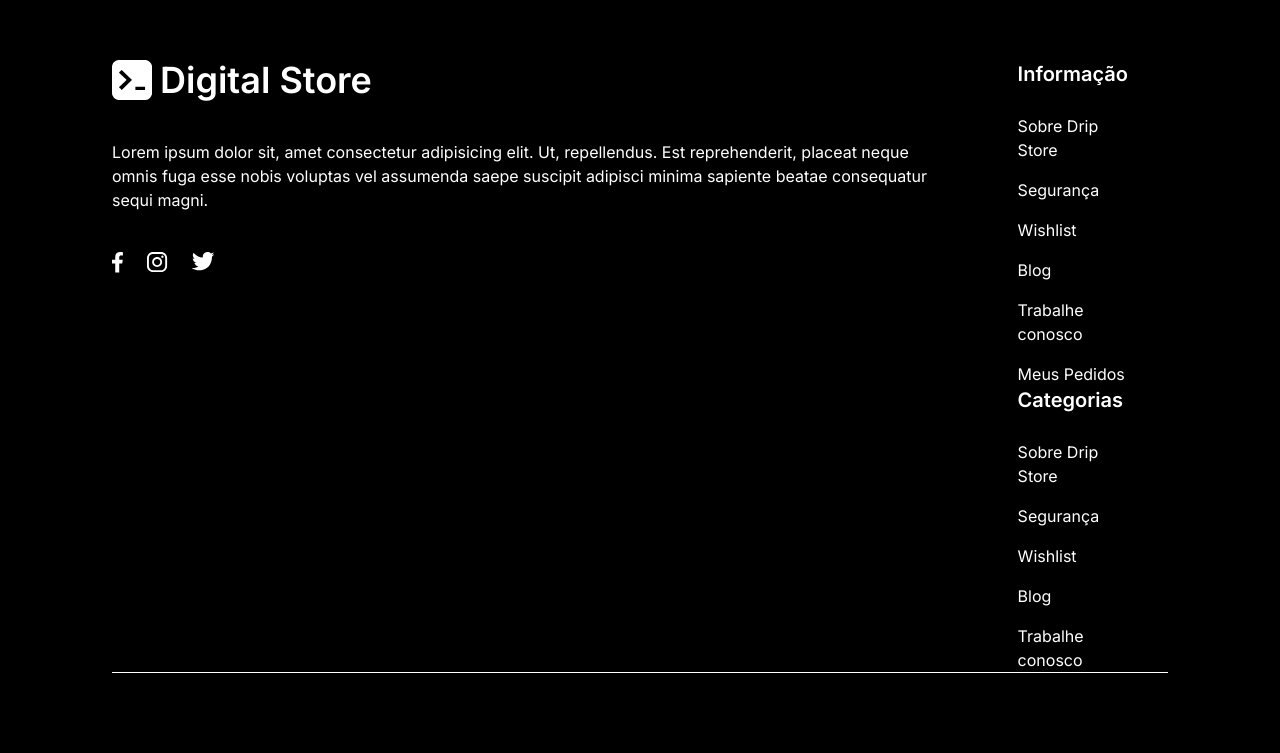
Repository: geracao-09/digital-store
Page: index.html
These files come from the project's save history. The page is drawn as it stood at one moment and after the next save; the edit follows.
The browser window is 1280 px wide. The pictures show the part of the page from y = 3410 to 4163 px (the page is 4163 px tall before and 4139 px after).
A picture or video elsewhere on the page could not be fetched, so the positions and the page height are approximate.

Above is the page before, as saved 2025-04-25 08:55:35.

### index.html
<!DOCTYPE html>
<html lang="pt-br">
<head>
    <meta charset="UTF-8">
    <meta name="viewport" content="width=device-width, initial-scale=1.0">
    <title>Digital Store</title>
    <link href="./style.css" rel="stylesheet">
    <script src="https://cdn.jsdelivr.net/npm/@tailwindcss/browser@4"></script>
    <link rel="shortcut icon" href="/assets/digital-logo.svg" type="image/x-icon">
</head>
<body>
<header class="flex flex-col gap-12 px-[108px] py-[38px]">
    <div class="flex items-center justify-between">
        <div class="flex gap-1">
            <img src="/assets/digital-logo.svg" alt="Logo da Digital Store">
            <h1 class="text-4xl text-(--primary-color) font-semibold">Digital Store</h1>
        </div>
        <input type="text" placeholder="Pesquisar produto..." class="bg-(--light-gray-3) py-2 px-3 rounded-lg ml-40 mr-14 bg-[url(/assets/icons/search.svg)] bg-no-repeat bg-right focus:placeholder-transparent w-[560px]" />
        <div>
            <a href="#" class="bg-(--primary-color) text-white rounded-lg px-7 py-3 font-bold text-sm">
                Entrar
            </a>
        </div>
        <div class="relative">
            <img src="/assets/icons/cart.svg" alt="Imagem de um carrinho de compras">
            <div class="flex justify-center items-center absolute bg-(--tertiary-color) text-white font-bold text-xs rounded-full w-[18px] h-[18px] bottom-[15px] left-3">
                2
            </div>
        </div>
    </div>
    </div>
    <nav class="pl-32">
        <ul class="flex gap-6 text-(--dark-gray-2)">
            <li class="hover:text-(--primary-color) hover:font-bold">
                <a href="#">
                Home
            </a>
        </li>
            <li class="hover:text-(--primary-color) hover:font-bold">
                <a href="#">
                Produtos
            </a>
        </li>
            <li class="hover:text-(--primary-color) hover:font-bold">
                <a href="#">
                Categorias
            </a>
        </li>
            <li class="hover:text-(--primary-color) hover:font-bold">
                <a href="#">
                Meus Pedidos
            </a>
        </li>
        </ul>
    </nav>
</header>
<main>
    <section class="flex px-[108px] bg-(--light-gray-3) py-[78px] h-[680px] relative">
        <div class="flex flex-col gap-5 w-[466px]">
            <p class="text-(--warning-color) font-bold">
                Melhores ofertas personalizadas
            </p>
            <h2 class="font-extrabold text-6xl">
                Queima de estoque Nike 🔥
            </h2>
            <p class="text-(--dark-gray-2) text-lg">
                Consequat culpa exercitation mollit nisi excepteur do do tempor laboris eiusmod irure consectetur.
            </p>
            <a href="#" class="flex items-center justify-center bg-(--primary-color) text-(--light-gray-3) font-bold w-[220px] h-[48px] rounded-lg">
                Ver Ofertas
            </a>
        </div>
        <img src="/assets/pictures/white-sneakers.svg" alt="Foto de um tenis branco" class="absolute right-28 bottom-8"/>
        <img src="/assets/ornaments/ornament.svg" alt="Firula do site - by wendell" class="absolute top-12 right-8">
    </section>
    <section class="flex flex-col gap-15 px-[108px] py-[42px]">
        <div class="flex flex-col gap-10">
            <h4 class="text-(--dark-gray-2) font-bold text-2xl">
                Coleções em destaque
            </h4>
            <ul class="grid grid-cols-3 gap-3.5 h-68">
                <li  class="flex bg-[#D8E3F2] pl-8 pt-8 rounded-md relative bg-[url(/assets/pictures/star-wars-shirt-pic.svg)] bg-no-repeat bg-bottom-right">
                    <div class="w-1/2 z-10">
                    <p class="bg-[#E7FF86] rounded-4xl font-bold text-(--dark-gray-2) w-[96px] text-center py-1.5 text-sm">
                        30% OFF
                    </p>
                    <h5 class="font-bold text-(--dark-gray) text-4xl mt-2.5 mb-8">
                        Novo drop Supreme
                    </h5>
                    <a href="#" class="text-(--primary-color) bg-white rounded-xl font-bold px-12 py-4.5">
                        Comprar
                    </a>
                </div>
                </li>
                <li  class="flex bg-[#D8E3F2] pl-8 pt-8 rounded-md relative bg-[url(/assets/pictures/sneaks-pic.svg)] bg-no-repeat bg-bottom-right">
                    <div class="w-1/2 z-10">
                    <p class="bg-[#E7FF86] rounded-4xl font-bold text-(--dark-gray-2) w-[96px] text-center py-1.5 text-sm">
                        30% OFF
                    </p>
                    <h5 class="font-bold text-(--dark-gray) text-4xl mt-2.5 mb-8">
                        Coleção Adidas
                    </h5>
                    <a href="#" class="text-(--primary-color) bg-white rounded-xl font-bold px-12 py-4.5">
                        Comprar
                    </a>
                </div>
                </li>
                <li  class="flex bg-[#D8E3F2] pl-8 pt-8 rounded-md relative bg-[url(/assets/pictures/headphone-pic.svg)] bg-no-repeat bg-bottom-right">
                    <div class="w-1/2 z-10">
                    <p class="bg-[#E7FF86] rounded-4xl font-bold text-(--dark-gray-2) w-[96px] text-center py-1.5 text-sm">
                        30% OFF
                    </p>
                    <h5 class="font-bold text-(--dark-gray) text-4xl mt-2.5 mb-8">
                        Novo<br> Beats Bass
                    </h5>
                    <a href="#" class="text-(--primary-color) bg-white rounded-xl font-bold px-12 py-4.5">
                        Comprar
                    </a>
                </div>
                </li>
            </ul>
        </div>
        <div class="bg-[url(/assets/icons/house-border.svg)] bg-no-repeat bg-center object-contain flex flex-col items-center gap-5 pt-5.5 h-[318px]">
            <h1 class="font-bold text-2xl text-(--dark-gray-2)">
                Coleções em destaque
            </h1>
            <ul class="flex gap-8">
                <li><a href="#">
                    <div class="bg-[url(/assets/icons/t-shirt.svg)] w-[104px] h-[104px] bg-white bg-no-repeat bg-center rounded-full"></div>
                    <p class="font-bold text-sm text-(--dark-gray-2) text-center">Camisetas</p>
                </a></li>
                <li><a href="#">
                    <div class="bg-[url(/assets/icons/pants.svg)] w-[104px] h-[104px] bg-white bg-no-repeat bg-center rounded-full"></div>
                    <p class="font-bold text-sm text-(--dark-gray-2) text-center">Calças</p>
                </a></li>
                <li><a href="#">
                    <div class="bg-[url(/assets/icons/cap.svg)] w-[104px] h-[104px] bg-white bg-no-repeat bg-center rounded-full"></div>
                    <p class="font-bold text-sm text-(--dark-gray-2) text-center">Bonés</p>
                </a></li>
                <li><a href="#">
                    <div class="bg-[url(/assets/icons/headphones.svg)] w-[104px] h-[104px] bg-white bg-no-repeat bg-center rounded-full"></div>
                    <p class="font-bold text-sm text-(--dark-gray-2) text-center">Headphones</p>
                </a></li>
                <li><a href="#">
                    <div class="bg-[url(/assets/icons/sneakers.svg)] w-[104px] h-[104px] bg-white bg-no-repeat bg-center rounded-full"></div>
                    <p class="font-bold text-sm text-(--dark-gray-2) text-center">Tênis</p>
                </a></li>
            </ul>
        </div>
    </section>
    <section class="px-[108px]">
        <div class="flex justify-between mb-5">
            <h4 class="text-(--dark-gray-2) font-bold text-2xl">
                Produtos em  alta
            </h4>
            <div class="flex gap-2 items-center">
                <a href="#" class="text-(--primary-color) text-[18px]">
                    Ver todos
                </a>
                <img src="/assets/ornaments/arrow-right.svg" alt="Flecha apontando pra direita" class="w-[24px]">
            </div>
        </div>
        <ul class="grid grid-cols-4">
            <li class="mb-5">
            <div class="bg-[url(/assets/pictures/sneaks-pic2.svg)] w-[292px] h-[320px] bg-white bg-no-repeat bg-center relative">
                <div class="flex justify-center items-center bg-[#E7FF86] font-bold text-sm h-[32px] w-[96px] rounded-4xl absolute left-5 top-5">50% off</div>
            </div>
                <div>
                    <p class="text-xs text-(--light-gray) font-bold">
                        Tênis
                    </p>
                    <h5 class="text-2xl text-(--dark-gray-2)">
                        K-Swiss V8 - Masculino
                    </h5>
                    <div class="flex gap-2">
                    <h5 class="text-(--light-gray) line-through text-2xl">
                        $200
                    </h5>
                    <h5 class="font-bold text-2xl">
                        $100
                    </h5>
                </div>
            </div>
            </li>
            <li class="mb-5">
            <div class="bg-[url(/assets/pictures/sneaks-pic2.svg)] w-[292px] h-[320px] bg-white bg-no-repeat bg-center relative">
                <div class="flex justify-center items-center bg-[#E7FF86] font-bold text-sm h-[32px] w-[96px] rounded-4xl absolute left-5 top-5">50% off</div>
            </div>
                <div>
                    <p class="text-xs text-(--light-gray) font-bold">
                        Tênis
                    </p>
                    <h5 class="text-2xl text-(--dark-gray-2)">
                        K-Swiss V8 - Masculino
                    </h5>
                    <div class="flex gap-2">
                    <h5 class="text-(--light-gray) line-through text-2xl">
                        $200
                    </h5>
                    <h5 class="font-bold text-2xl">
                        $100
                    </h5>
                </div>
            </div>
            </li>
            <li class="mb-5">
            <div class="bg-[url(/assets/pictures/sneaks-pic2.svg)] w-[292px] h-[320px] bg-white bg-no-repeat bg-center relative">
            </div>
                <div>
                    <p class="text-xs text-(--light-gray) font-bold">
                        Tênis
                    </p>
                    <h5 class="text-2xl text-(--dark-gray-2)">
                        K-Swiss V8 - Masculino
                    </h5>
                    <h5 class="font-bold text-2xl">
                        $100
                    </h5>
            </div>
            </li>
            <li class="mb-5">
            <div class="bg-[url(/assets/pictures/sneaks-pic2.svg)] w-[292px] h-[320px] bg-white bg-no-repeat bg-center relative">
            </div>
                <div>
                    <p class="text-xs text-(--light-gray) font-bold">
                        Tênis
                    </p>
                    <h5 class="text-2xl text-(--dark-gray-2)">
                        K-Swiss V8 - Masculino
                    </h5>
                    <h5 class="font-bold text-2xl">
                        $100
                    </h5>
            </div>
            </li>
            <li class="mb-5">
            <div class="bg-[url(/assets/pictures/sneaks-pic2.svg)] w-[292px] h-[320px] bg-white bg-no-repeat bg-center relative">
            </div>
                <div>
                    <p class="text-xs text-(--light-gray) font-bold">
                        Tênis
                    </p>
                    <h5 class="text-2xl text-(--dark-gray-2)">
                        K-Swiss V8 - Masculino
                    </h5>
                    <h5 class="font-bold text-2xl">
                        $100
                    </h5>
            </div>
            </li>
            <li class="mb-5">
            <div class="bg-[url(/assets/pictures/sneaks-pic2.svg)] w-[292px] h-[320px] bg-white bg-no-repeat bg-center relative">
            </div>
                <div>
                    <p class="text-xs text-(--light-gray) font-bold">
                        Tênis
                    </p>
                    <h5 class="text-2xl text-(--dark-gray-2)">
                        K-Swiss V8 - Masculino
                    </h5>
                    <h5 class="font-bold text-2xl">
                        $100
                    </h5>
            </div>
            </li>
            <li class="mb-5">
            <div class="bg-[url(/assets/pictures/sneaks-pic2.svg)] w-[292px] h-[320px] bg-white bg-no-repeat bg-center relative">
            </div>
                <div>
                    <p class="text-xs text-(--light-gray) font-bold">
                        Tênis
                    </p>
                    <h5 class="text-2xl text-(--dark-gray-2)">
                        K-Swiss V8 - Masculino
                    </h5>
                    <h5 class="font-bold text-2xl">
                        $100
                    </h5>
            </div>
            </li>
            <li class="mb-5">
            <div class="bg-[url(/assets/pictures/sneaks-pic2.svg)] w-[292px] h-[320px] bg-white bg-no-repeat bg-center relative">
            </div>
                <div>
                    <p class="text-xs text-(--light-gray) font-bold">
                        Tênis
                    </p>
                    <h5 class="text-2xl text-(--dark-gray-2)">
                        K-Swiss V8 - Masculino
                    </h5>
                    <h5 class="font-bold text-2xl">
                        $100
                    </h5>
            </div>
            </li>

        </ul>
    </section>
    <section class="flex justify-center items-center bg-white py-20 px-18 gap-28">
        <div>
            <div class="w-[456px] h-[456px] bg-linear-(--secondary-gradient) rounded-full  relative">
                <img src="/assets/pictures/ei-jordao.svg" alt="" class="w-[574px] absolute top-[12%] right-[12%] scale-135">
            </div>
        </div>
        <div class="flex flex-col gap-4 w-[40%]">
            <p class="text-sm text-(--primary-color) font-bold">
                Oferta especial
            </p>
            <h2 class="font-bold text-(--dark-gray-2) text-5xl">
                Air Jordan edição de colecionador
            </h2>
            <p class="text-(--dark-gray-2)">
                Lorem ipsum dolor sit amet, consectetur adipiscing elit, sed do eiusmod tempor incididunt ut labore et dolore magna aliqua. Ut enim ad minim veniam, quis nostrud exercitation ullamco laboris nisi ut aliquip
            </p>
            <a href="#" class="flex items-center justify-center bg-(--primary-color) text-(--light-gray-3) font-bold w-[220px] h-[48px] rounded-lg mt-6">
                Ver Ofertas
            </a>
        </div>
    </section>
</main>
<footer class="bg-black text-white py-20 px-28">
    <div class="flex gap-10">
        <div  class="flex flex-col gap-10 mr-6">
            <div class="flex gap-2">
                <img src="/assets/white-logo.svg" alt="Logo da Digital em branco">
                <h4 class="font-semibold text-4xl">Digital Store</h4>
            </div>
        <div>
            <p>Lorem ipsum dolor sit, amet consectetur adipisicing elit. Ut, repellendus. Est reprehenderit, placeat neque omnis fuga esse nobis voluptas vel assumenda saepe suscipit adipisci minima sapiente beatae consequatur sequi magni.</p>
        </div>
        <div>
            <ul class="flex gap-6">
                <li><img src="/assets/icons/facebook.svg" alt="logo da facebook"></li>
                <li><img src="/assets/icons/instagram.svg" alt="logo do instagram"></li>
                <li><img src="/assets/icons/twitter.svg" alt="logo da twitter, vulgo, X"></li>
            </ul>
        </div>
    </div>
        <div>
            <ul class="flex flex-col gap-4 list-none">
                <li class="font-semibold text-xl mb-2.5">Informação</li>
                <li><a href="#">
                    Sobre Drip Store
                </a></li>
                <li><a href="#">
                    Segurança
                </a></li>
                <li><a href="#">
                    Wishlist
                </a></li>
                <li><a href="#">
                    Blog
                </a></li>
                <li><a href="#">
                    Trabalhe conosco
                </a></li>
                <li><a href="#">
                    Meus Pedidos
                </a></li>
            </ul>
            <ul class="flex flex-col gap-4 list-none">
                <li class="font-semibold text-xl mb-2.5">Categorias</li>
                <li><a href="#">
                    Sobre Drip Store
                </a></li>
                <li><a href="#">
                    Segurança
                </a></li>
                <li><a href="#">
                    Wishlist
                </a></li>
                <li><a href="#">
                    Blog
                </a></li>
                <li><a href="#">
                    Trabalhe conosco
                </a></li>
            </ul>
        </div>
        <div>
            <h6></h6>
            <p></p>
            <p></p>
        </div>
    </div>
    <hr>
    <div>

    </div>
</footer>
</body>
</html>

### style.css
@import url('https://fonts.googleapis.com/css2?family=Inter:ital,opsz,wght@0,14..32,100..900;1,14..32,100..900&display=swap');

:root {
    --dark-gray: #1F1F1F;
    --dark-gray-2: #474747;
    --dark-gray-3: #666666;
    --light-gray: #8F8F8F;
    --light-gray-2: #CCCCCC;
    --light-gray-3: #F5F5F5;
    --white: #FFFFFF;
    --primary-color: #C92071;
    --secondary-color: #B5B6F2;
    --tertiary-color: #991956;
    --error-color: #EE4266;
    --success-color: #52CA76;
    --warning-color: #F6AA1C;
    --primary-gradient: 180deg,#C92071, #EDABCA;
    --secondary-gradient: 180deg, #B5B6F2, #EFEFFF;
}

* {
    font-family: "Inter", sans-serif;
    box-sizing: border-box;
}

main {
    background-color: #F9F8FE;
}

### assets/icons/instagram.svg
<svg width="21" height="21" viewBox="0 0 21 21" fill="none" xmlns="http://www.w3.org/2000/svg">
<path d="M15.3772 3.59082C15.0646 3.59082 14.7647 3.71504 14.5436 3.93614C14.3225 4.15725 14.1982 4.45713 14.1982 4.76982C14.1981 4.92473 14.2285 5.07815 14.2877 5.22131C14.3469 5.36447 14.4337 5.49456 14.5432 5.60415C14.6527 5.71373 14.7827 5.80066 14.9258 5.85998C15.0689 5.91929 15.2223 5.94982 15.3772 5.94982C15.6899 5.94982 15.9898 5.82561 16.2109 5.6045C16.432 5.38339 16.5562 5.08351 16.5562 4.77082C16.5564 4.61591 16.526 4.46249 16.4668 4.31933C16.4076 4.17617 16.3208 4.04608 16.2113 3.93649C16.1018 3.82691 15.9718 3.73997 15.8287 3.68066C15.6856 3.62135 15.5322 3.59082 15.3772 3.59082Z" fill="white"/>
<path d="M10.1361 5.10303C8.82331 5.10435 7.56467 5.62637 6.63631 6.55454C5.70794 7.48272 5.18567 8.74126 5.18408 10.054C5.18567 11.3669 5.70791 12.6255 6.63625 13.5539C7.56458 14.4822 8.82322 15.0044 10.1361 15.006C11.449 15.0044 12.7076 14.4822 13.6359 13.5539C14.5643 12.6255 15.0865 11.3669 15.0881 10.054C15.0865 8.74126 14.5642 7.48272 13.6359 6.55454C12.7075 5.62637 11.4489 5.10435 10.1361 5.10303ZM10.1361 13.226C9.29489 13.2252 8.48838 12.8906 7.89366 12.2957C7.29894 11.7008 6.96461 10.8942 6.96408 10.053C6.96488 9.21201 7.29933 8.40566 7.89402 7.81096C8.48871 7.21627 9.29506 6.88182 10.1361 6.88103C10.9771 6.88182 11.7835 7.21627 12.3782 7.81096C12.9728 8.40566 13.3073 9.21201 13.3081 10.053C13.3076 10.8942 12.9732 11.7008 12.3785 12.2957C11.7838 12.8906 10.9773 13.2252 10.1361 13.226Z" fill="white"/>
<path d="M14.0681 20.108H6.03607C4.43499 20.1061 2.90003 19.4693 1.7679 18.3371C0.635768 17.205 -0.00107705 15.67 -0.00292969 14.069V6.04098C-0.00134169 4.43973 0.635388 2.90451 1.76755 1.77216C2.89971 0.639813 4.43482 0.00282968 6.03607 0.000976562H14.0641C15.6651 0.0028292 17.2001 0.639674 18.3322 1.7718C19.4644 2.90394 20.1012 4.4389 20.1031 6.03998V14.068C20.1015 15.6685 19.4653 17.2031 18.334 18.3354C17.2027 19.4676 15.6686 20.1051 14.0681 20.108ZM6.03607 1.89297C4.93662 1.8943 3.88259 2.33164 3.10516 3.10907C2.32773 3.88649 1.8904 4.94053 1.88907 6.03998V14.068C1.88881 15.1685 2.32544 16.224 3.10304 17.0028C3.88064 17.7815 4.93558 18.2197 6.03607 18.221H14.0641C15.1638 18.2199 16.2182 17.7827 16.996 17.0053C17.7738 16.2279 18.2115 15.1737 18.2131 14.074V6.04597C18.2115 4.94626 17.7738 3.89208 16.996 3.11465C16.2182 2.33722 15.1638 1.90003 14.0641 1.89898L6.03607 1.89297Z" fill="white"/>
</svg>

### assets/icons/pants.svg
<svg width="64" height="64" viewBox="0 0 64 64" fill="none" xmlns="http://www.w3.org/2000/svg">
<path d="M20.3125 0.149998C19.7875 0.450001 19.7625 0.612499 19.75 2.9125V5.125L13.3625 32.25C9.41247 49.075 6.99997 59.55 7.02497 59.8375C7.04997 60.15 7.16247 60.3625 7.37497 60.525C7.69997 60.7625 18.2875 64 18.7375 64C18.875 64 19.125 63.875 19.3 63.7125C19.525 63.525 21.775 58.3875 27.075 46C31.1875 36.4125 34.575 28.525 34.6125 28.475C34.6875 28.3875 39.375 39.175 39.375 39.4125C39.375 39.4625 38.225 39.5 36.8125 39.5C34.25 39.5 34.2375 39.5 33.9375 39.8125L33.625 40.1125V45.3V50.4875L33.9125 50.8125C34.1625 51.1 34.625 51.2125 39.7875 52.25C43.6875 53.025 45.4625 53.3375 45.6625 53.2625C45.8125 53.2 48.3875 50.95 51.375 48.2625C55.8 44.2875 56.8375 43.2875 56.975 42.9125C57.1 42.5625 57.125 41.8375 57.1 40.25L57.05 38.0625L53.375 21.9375L49.7 5.8125L49.6375 3.2125L49.5625 0.599998L49.2125 0.299999L48.8625 0H34.7125C24.3 0.0125008 20.5 0.0499992 20.3125 0.149998ZM26.125 3.1875V4.25H24H21.875V3.1875V2.125H24H26.125V3.1875ZM31.5 3.1875V4.25H29.875H28.25V3.1875V2.125H29.875H31.5V3.1875ZM35.75 3.1875V4.25H34.6875H33.625V3.1875V2.125H34.6875H35.75V3.1875ZM41.1 3.2125L41.1375 4.25H39.5H37.875V3.1875V2.1125L39.475 2.15L41.0625 2.1875L41.1 3.2125ZM47.5 3.1875V4.25H45.375H43.25V3.1875V2.125H45.375H47.5V3.1875ZM26.125 7.775C26.125 9.4375 25.875 10.1375 25.025 10.9C24.3125 11.5375 23.5125 11.75 21.7875 11.75C20.4875 11.75 20.3625 11.725 20.425 11.525C20.5 11.3 21.625 6.5 21.625 6.425C21.625 6.4 22.6375 6.375 23.875 6.375H26.125V7.775ZM33.625 15.8375V25.3125L25.8625 43.4375C21.5875 53.4 18.0875 61.575 18.075 61.5875C18.0375 61.6375 9.59997 59.125 9.42497 59.0125C9.32497 58.9625 10.9625 51.8 14.575 36.4375C17.4875 24.0625 19.875 13.925 19.875 13.9C19.875 13.8875 20.625 13.875 21.55 13.875C24.225 13.875 25.3125 13.55 26.575 12.35C27.8 11.1875 28.25 9.95 28.25 7.6875V6.375H30.9375H33.625V15.8375ZM37.875 14.6625V22.95L37.225 23.4375C36.8625 23.7 36.375 24.05 36.1625 24.225L35.75 24.525V15.45V6.375H36.8125H37.875V14.6625ZM41.1375 8.125C41.225 10.0625 41.325 10.4625 42 11.4625C42.5625 12.3125 43.2375 12.9 44.1625 13.325C45.1 13.75 45.925 13.875 47.7625 13.875C49.325 13.875 49.375 13.8875 49.4375 14.15C50.875 20.25 54.875 38.425 54.875 38.875V39.5H48.325H41.775L39.075 33.2C37.5875 29.7375 36.375 26.85 36.375 26.7875C36.3875 26.7375 37.1125 26.15 37.9875 25.5C38.875 24.85 39.6875 24.1625 39.8 23.975C39.975 23.6875 40 22.6875 40 15V6.3625L40.5375 6.4L41.0625 6.4375L41.1375 8.125ZM48.275 9C48.6 10.4125 48.8625 11.6125 48.8625 11.675C48.875 11.725 48.125 11.7625 47.225 11.725C45.675 11.6875 45.5125 11.65 44.9 11.325C43.625 10.625 43.25 9.825 43.25 7.8125V6.375L45.4625 6.4L47.6875 6.4375L48.275 9ZM54.875 41.9375C54.875 42.1875 53.9125 43.1125 49.95 46.6875L45.025 51.125L40.6625 50.25C38.275 49.775 36.1875 49.35 36.0375 49.3125L35.75 49.25V45.4375V41.625H45.3125H54.875V41.9375Z" fill="#8F8F8F"/>
</svg>

Loaded but not shown: assets/icons/headphones.svg (8 lines, source omitted)

After the next save:
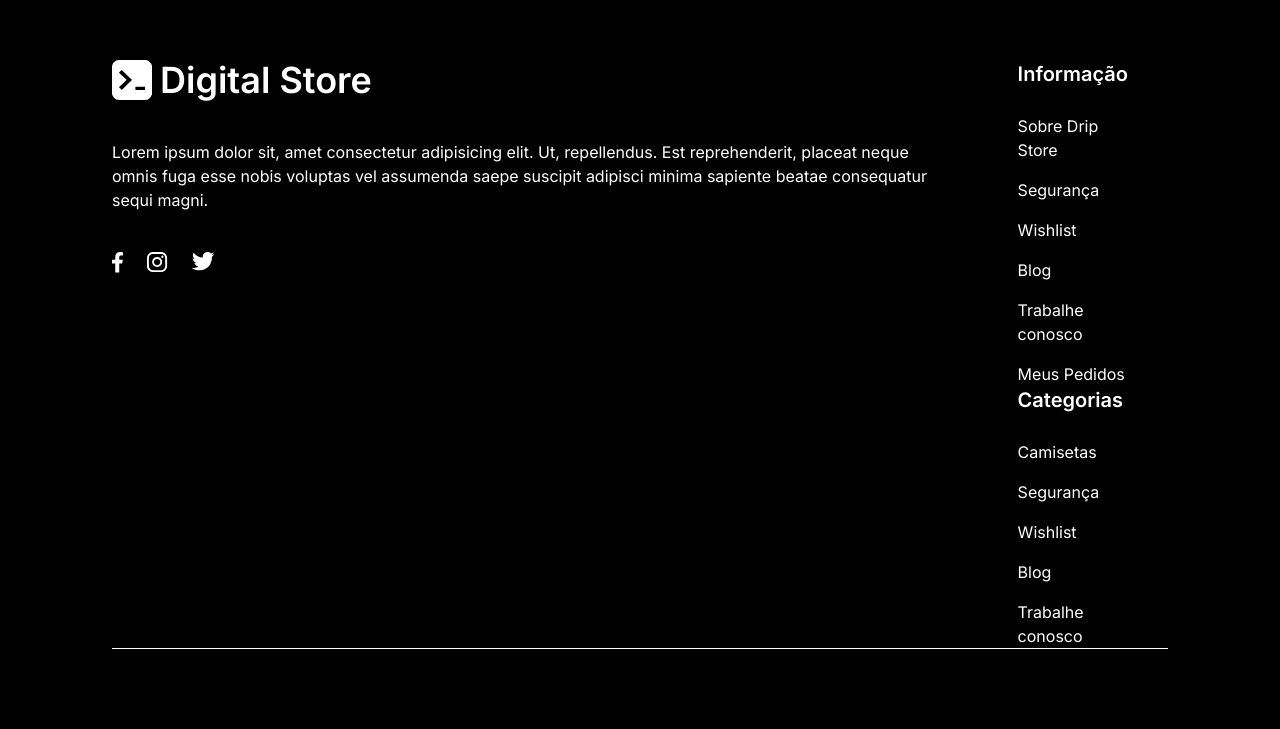
Saved 8 s later.
--- a/index.html
+++ b/index.html
@@ -361,7 +361,7 @@
             <ul class="flex flex-col gap-4 list-none">
                 <li class="font-semibold text-xl mb-2.5">Categorias</li>
                 <li><a href="#">
-                    Sobre Drip Store
+                    Camisetas
                 </a></li>
                 <li><a href="#">
                     Segurança
